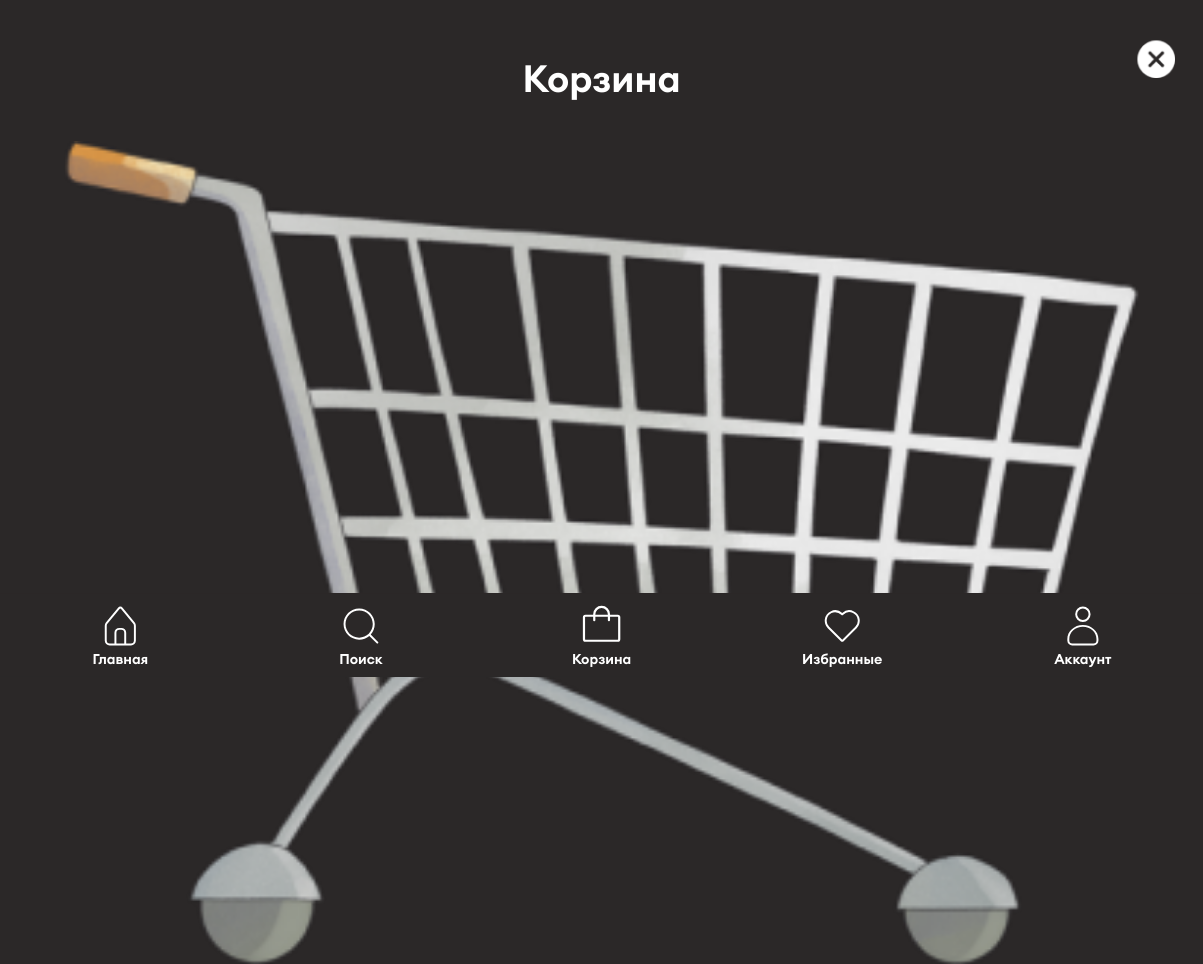
Repository: muslmoney/click-miniapp
Page: /cart
The author's editor kept a copy of each file at every save. The page is drawn from the files as they stood at one save, then again after the next save.
The browser window is 1280 px wide. The pictures show the whole page, at 94% of full size.
The project was rebuilt for these pictures with package versions that can differ from the ones it lists, and the page was loaded fresh each time. Also part of the build but not shown: vite.config.js, src/components/ProductCard/productCard.module.css, src/components/ProductCard/ProductCard.jsx.

Above is the page before, as saved 2025-02-02 00:54:29.

### index.html
<!doctype html>
<html lang="en">
<head>
  <meta charset="UTF-8" />
  <meta http-equiv="X-UA-Compatible" content="IE=edge" />
  <meta name="description" content="Non Bor" />
  <meta name="keywords" content="Non Bor" />
  <meta name="author" content="Non Bor" />
  <!-- <meta http-equiv="refresh" content="30"> -->
  <meta property="og:title" content="Non Bor">
  <meta property="og:description" content="Non Bor">
  <meta property="og:image" content="/logo_bread.png">
  <meta property="og:url" content="https://non-bor.netlify.app/">
  <meta name="viewport" content="width=device-width, initial-scale=1.0" />
  <link rel="icon" type="image/png" href="/logo_bread.png" />
  <title>Non Bor</title>
</head>

<body>
  <div id="root"></div>
  <script type="module" src="/src/main.jsx"></script>
</body>

</html>

### src/main.jsx
import React, { Suspense, lazy, StrictMode } from 'react';
import { createRoot } from 'react-dom/client';
import { createBrowserRouter, RouterProvider, Navigate } from 'react-router-dom';
import './index.css';
import App from './App.jsx'
import { CartProvider } from './context/Context.jsx';
const Home = lazy(() => import("./pages/Home/Home.jsx"));
const Cart = lazy(() => import("./pages/Cart/Cart.jsx"));
const Favorites = lazy(() => import('./pages/Favorites/Favorites.jsx'));
const Search = lazy(() => import('./pages/Search/Search.jsx'));
const User = lazy(() => import('./pages/User/User.jsx'));

const router = createBrowserRouter([
  {
    path: "/",
    element: <App />,
    children: [
      { index: true, element: <Navigate to="home" replace /> },
      {
        path: 'home',
        element: <Home />
      },
      {
        path: 'cart',
        element: <Cart />
      },
      {
        path: 'favorites',
        element: <Favorites />
      },
      {
        path: 'search',
        element: <Search />
      },
      {
        path: 'user',
        element: <User />
      },
      { path: '*', element: <div>404 - Page Not Found</div> },
    ],
  },
]);

class ErrorBoundary extends React.Component {
  state = { hasError: false };

  static getDerivedStateFromError() {
    return { hasError: true };
  }

  componentDidCatch(error, info) {
    console.error("Error caught:", error, info);
  }

  render() {
    if (this.state.hasError) {
      return <div>Something went wrong!</div>;
    }
    return this.props.children;
  }
}


createRoot(document.getElementById('root')).render(
  <StrictMode>
    <CartProvider>
      <Suspense fallback={<div>Loading...</div>}>
        <RouterProvider router={router} />
      </Suspense>
    </CartProvider>
  </StrictMode>
);

### src/index.css
:root {
  --color-default-white: #fff;
  --color-default-bg: #2B2828;
  --color-default-blue: #023EF3;
  --color-button-bg-blue:#3866E8;
  --color-text-gray:#ADA4A4;
  --color-button-bg-gray:#565454;
}

* {
  font-family: 'Euclid Circular A', sans-serif;
  scroll-behavior: smooth;
  padding: 0;
  margin: 0;
  box-sizing: border-box;
}

.container {
  width: 100%;
  margin: 0 auto;
  max-width: 700px;
}


picture,
img,
svg {

  display: block;
  width: 100%;
  height: auto;
}

a,
span,
button,
label,
input,
textarea {
  display: inline-block;
  font-family: inherit;
  color: inherit;
  font-weight: inherit;
}

a,
button,
label,
textarea,
li {
  list-style: none;
  text-decoration: none;
  cursor: pointer;
}

q::after,
q::before {
  content: '';
}

#root {
  display: flex;
  flex-direction: column;
  justify-content: space-between;
}

#root>* {
  flex-shrink: 0;
}

#root>main {
  flex-grow: 1;
}

h1,
h2,
h3,
h4,
h5,
h6,
p,
button,
a {
  font-weight: inherit;
  color: var(--color-default-white);
}

### src/App.jsx
import React, { useEffect } from "react";
import "./App.css";
import Header from "./layout/Header/Header.jsx";
import Footer from "./layout/Footer/Footer.jsx";
import "/public/fonts/fonts.css";
import { BrowserRouter as Router, Routes, Outlet, useLocation, useNavigate } from "react-router-dom";

const App = () => {
  const navigate = useNavigate();
  const { pathname } = useLocation();

  useEffect(() => {
    if (pathname === "/") {
      navigate("/home");
    }
  }, [pathname, navigate]);

  return (
    <>
      <header>
        <Header />
      </header>

      <main>
        <Outlet />
      </main>

      <footer>
        <Footer />
      </footer>
    </>
  );
};

export default App;

### src/context/Context.jsx
import React, { createContext, useState, useEffect, useContext } from 'react';

const CartContext = createContext();
const FavoriteContext = createContext();

export const useCart = () => useContext(CartContext);
export const useFavorites = () => useContext(FavoriteContext);

export const CartProvider = ({ children }) => {
  // Загрузка корзины из LocalStorage при старте

  const loadCartFromLocalStorage = () => {
    const storedCart = localStorage.getItem('cartClick');
    return storedCart ? JSON.parse(storedCart) : [];
  };

  const [cart, setCart] = useState(loadCartFromLocalStorage());
  const [favorites, setFavorites] = useState([]);
  useEffect(() => {
    console.log(cart); // Логируем состояние корзины
    localStorage.setItem('cartClick', JSON.stringify(cart));
  }, [cart]);


  // Добавить товар в корзину
  const addToCart = (product) => {
    setCart((prevCart) => {
      // Проверяем, есть ли товар в корзине
      const existingProduct = prevCart.find((item) => item.id === product.id);
      if (existingProduct) {
        // Если товар есть, увеличиваем его количество
        return prevCart.map((item) =>
          item.id === product.id
            ? { ...item, quantity: item.quantity + 1 }
            : item
        );
      } else {
        // Если товара нет в корзине, добавляем его
        return [...prevCart, { ...product, quantity: 1 }];
      }
    });
  };

  // Удалить товар из корзины
  const removeFromCart = (productId) => {
    setCart((prevCart) => prevCart.filter((product) => product.id !== productId));
  };

  // Изменить количество товара в корзине
  const changeQuantity = (productId, quantity) => {
    if (quantity <= 0) return; // Предотвращаем количество меньше 1
    setCart((prevCart) => {
      return prevCart.map((product) =>
        product.id === productId ? { ...product, quantity } : product
      );
    });
  };

  // Добавить товар в избранное
  const addToFavorites = (product) => {
    setFavorites((prevFavorites) => {
      if (!prevFavorites.some((item) => item.id === product.id)) {
        return [...prevFavorites, product]; // Добавляем товар в избранное, если его там нет
      }
      return prevFavorites; // Товар уже в избранном, не добавляем
    });
  };

  // Удалить товар из избранного
  const removeFromFavorites = (productId) => {
    setFavorites((prevFavorites) =>
      prevFavorites.filter((product) => product.id !== productId)
    );
  };

  return (
    <CartContext.Provider value={{ cart, addToCart, removeFromCart, changeQuantity }}>
      <FavoriteContext.Provider value={{ favorites, addToFavorites, removeFromFavorites }}>
        {children}
      </FavoriteContext.Provider>
    </CartContext.Provider>
  );
};

### src/pages/Cart/Cart.jsx
import React from 'react';
import { useCart } from '../../context/Context';
import styles from './cart.module.css';
import { InCart } from '../../components/ProductCard/ProductCard';

const Cart = () => {
  const { cart } = useCart();
  return (
    <div className={styles.container}>
      <h2 className={styles.title}>Корзина</h2>

      <div className={styles.cartItems}>
        {cart.length === 0 ? (
          <div>
<img src="/shoppingCart.png" alt="" />

          </div>
) : (
          cart.map((product) => (
            <InCart
              key={product.id}
              img={product.img}
              price={product.price}
              salePrice={product.salePrice}
              title={product.title}
              id={product.id}
            />
          ))
        )}
      </div>
    </div>
  );
};

export default Cart;

### src/layout/Header/Header.jsx
import React from 'react'
import { RxCross2 } from "react-icons/rx";
import style from './header.module.css'
const Header = () => {
    return (
        <header className={style.header}>
            <div className='container'>
                <div className={style.header}>
                    <img className={style.cross} src="/cancel.png" alt="" />
                </div>
            </div>
        </header>
    )
}

export default Header

### src/layout/Footer/Footer.jsx
import React from 'react'
import styles from './footer.module.css'
import { CiSearch } from "react-icons/ci";
import { CiUser } from "react-icons/ci";
import { CiHeart } from "react-icons/ci";
import { PiBagLight } from "react-icons/pi";
import { CiHome } from "react-icons/ci";
import { Link } from 'react-router-dom';

const Footer = () => {
    return (
        <footer className='container'>
            <div className={styles.footer}>
                    <Link className={styles.a} to={'./home'}>
                        <CiHome className={styles.icon} />
                        <h2>Главная</h2>
                    </Link>
                    <Link className={styles.a} to={'./search'}>
                        <CiSearch className={styles.icon} />
                        <h2>
                            Поиск
                        </h2>

                    </Link>
                    <Link className={styles.a} to={'./cart'}>
                        <PiBagLight className={styles.icon} />
                        <h2>
                            Корзина
                        </h2>

                    </Link>
                    <Link className={styles.a} to={'./favorites'}>
                        <CiHeart className={styles.icon} />
                        <h2>
                            Избранные
                        </h2>

                    </Link>
                    <Link className={styles.a} to={'./user'}>
                        <CiUser className={styles.icon} />
                        <h2>
                            Аккаунт
                        </h2>

                    </Link>
            </div>
        </footer>
    )
}

export default Footer

### public/fonts/fonts.css


@font-face {
    font-family: 'Euclid Circular A';
    src: url(/fonts/Euclid\ Circular\ A\ SemiBold.ttf);
    font-weight: 600;
    font-style: normal;
}

### src/pages/Cart/cart.module.css
.emptyCart {
    height: 80dvh;
    text-align: center;
    display: flex;
    flex-direction: column;
    align-items: center;
    justify-content: center;
    h2 {
        font-size: 36px;
        font-weight: 500;
        line-height: 43.57px;
        text-underline-position: from-font;
        text-decoration-skip-ink: none;

    }

    p {
        font-size: 24px;
        font-weight: 500;
        line-height: 29.05px;
        text-align: center;
        text-underline-position: from-font;
        text-decoration-skip-ink: none;
        color: var(--color-text-gray);

    }
}

.title {
    text-align: center;
    font-size: 40px;
    padding: 60px 0 42px 0;
    font-weight: 500;
    line-height: 48.41px;
    text-underline-position: from-font;
    text-decoration-skip-ink: none;

}

.container {
    padding: 0 clamp(5px, 2vw, 20px);
    background-color: var(--color-default-bg);

}
.list{

}
pon{

}

### src/layout/Header/header.module.css
.header{
    max-width: 700px;
    position: relative;
}

.cross{
    width: 50px;
    position: fixed;
    right: 25px;
    top: 38px;
    width: 50px;
    z-index: 10000;
    @media (max-width: 550px) {
        width: 35px;
        top: 18px;
    }
}

### src/layout/Footer/footer.module.css

.footer {
    display: flex;
    align-items: center;
    justify-content: space-around;
    position: fixed;
    bottom: 0;
    left: 0;
    width: 100%;
    padding: 10px 0 10px 0;
    background-color: var(--color-default-bg);
.a{
    width: 100%;

   h2{

       font-size: clamp(15px, 1vw, 24px);
   }
}
    a {
        display: flex;
        align-items: center;
        flex-direction: column;
    }
}


.icon {
    width: 50px;
}
@media (max-width: 550px) {
    .icon {
        width: 35px;
    }
}

Loaded but not shown: src/App.css (no stored copy; drawn as an empty file); src/pages/User/user.module.css (no stored copy; drawn as an empty file)

After the next save:
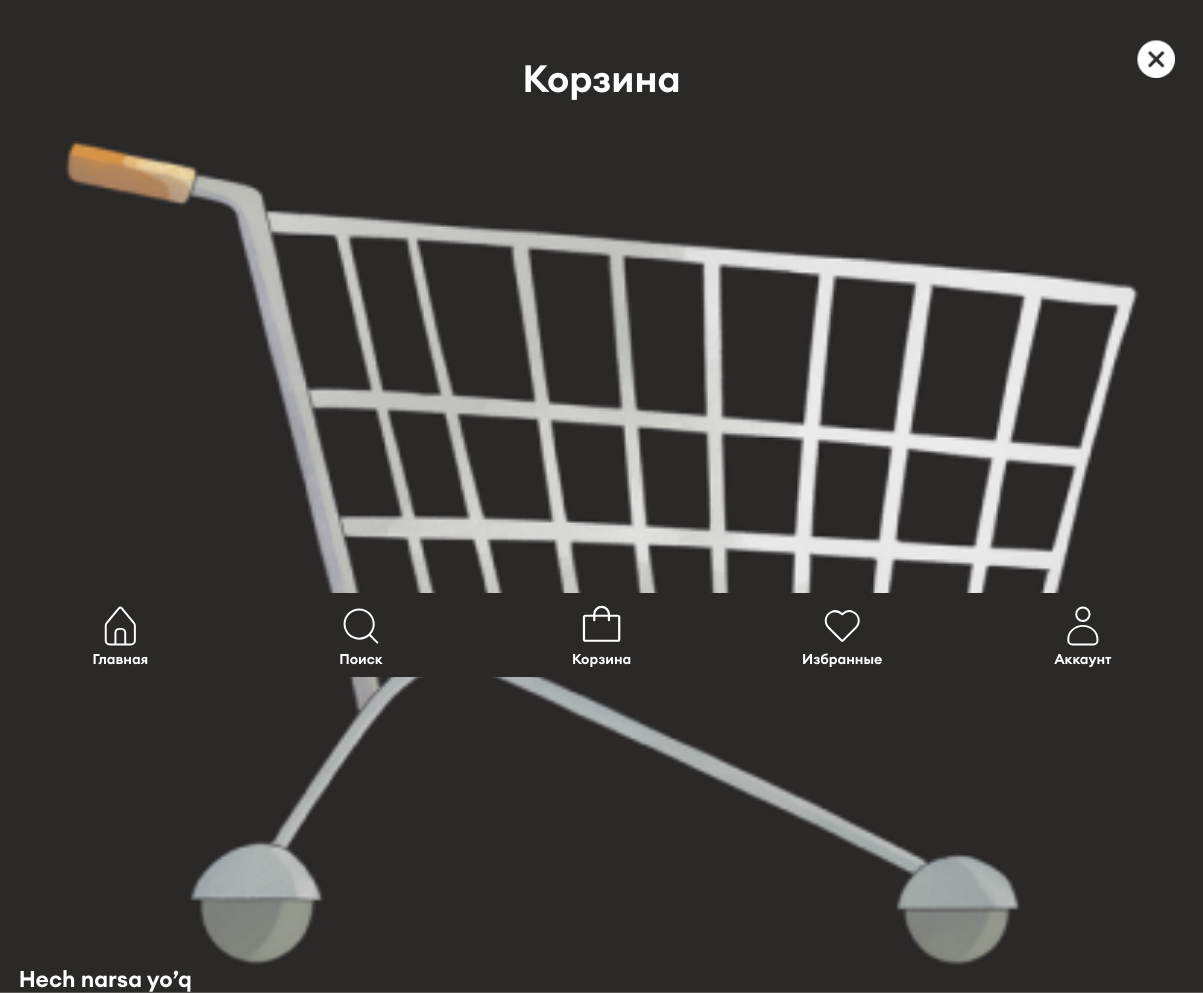
Saved 29 s later.
--- a/src/pages/Cart/Cart.jsx
+++ b/src/pages/Cart/Cart.jsx
@@ -13,7 +13,9 @@ const Cart = () => {
         {cart.length === 0 ? (
           <div>
 <img src="/shoppingCart.png" alt="" />
-
+<h2>
+Hech narsa yo’q
+</h2>
           </div>
 ) : (
           cart.map((product) => (
